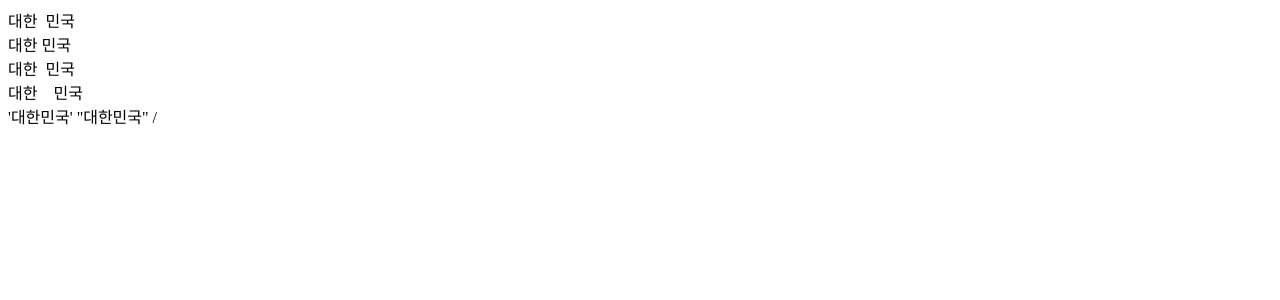
Repository: Johyerim06/Class_internetProgramming
Page: class01/dd/5.html
These files come from the project's save history. The page is drawn as it stood at one moment and after the next save; the edit follows.
The browser window is 1280 px wide. The pictures show the whole page.

Above is the page before, as saved 2025-03-13 10:33:27.

### class01/dd/5.html
<!DOCTYPE html>
<html>
<head>
<meta charset="UTF-8">
<title>Insert title here</title>
</head>
<body>
	대한&nbsp;&nbsp;민국<br>
	대한&nbsp;민국<br> <!-- 한 칸 띄어쓰기 -->
	대한&ensp;민국<br> <!-- 두 칸 띄어쓰기 -->
	대한&emsp;민국<br> <!-- 네 칸 띄어쓰기 -->
	'대한민국&apos; "대한민국&quot;
	/
</body>
</html>

After the next save:
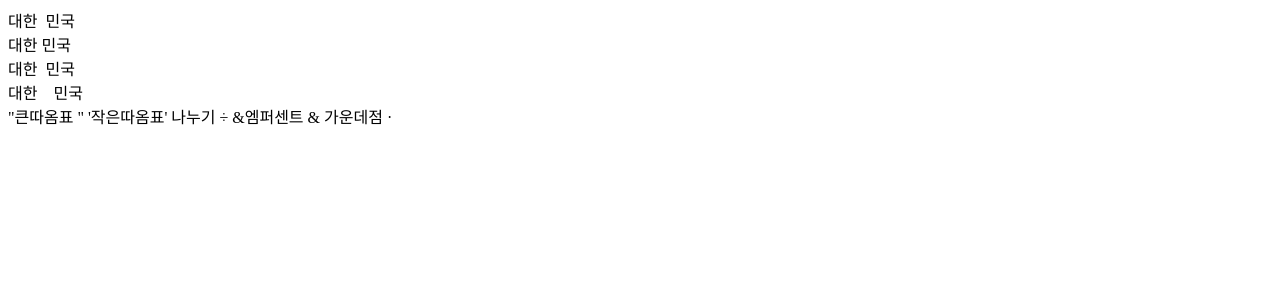
Saved 2 min 27 s later.
--- a/class01/dd/5.html
+++ b/class01/dd/5.html
@@ -9,7 +9,7 @@
 	대한&nbsp;민국<br> <!-- 한 칸 띄어쓰기 -->
 	대한&ensp;민국<br> <!-- 두 칸 띄어쓰기 -->
 	대한&emsp;민국<br> <!-- 네 칸 띄어쓰기 -->
-	'대한민국&apos; "대한민국&quot;
-	/
+	"큰따옴표 &quot;  '작은따옴표&apos;
+	나누기 &divide; &엠퍼센트 &amp; 가운데점 &middot;
 </body>
 </html>
